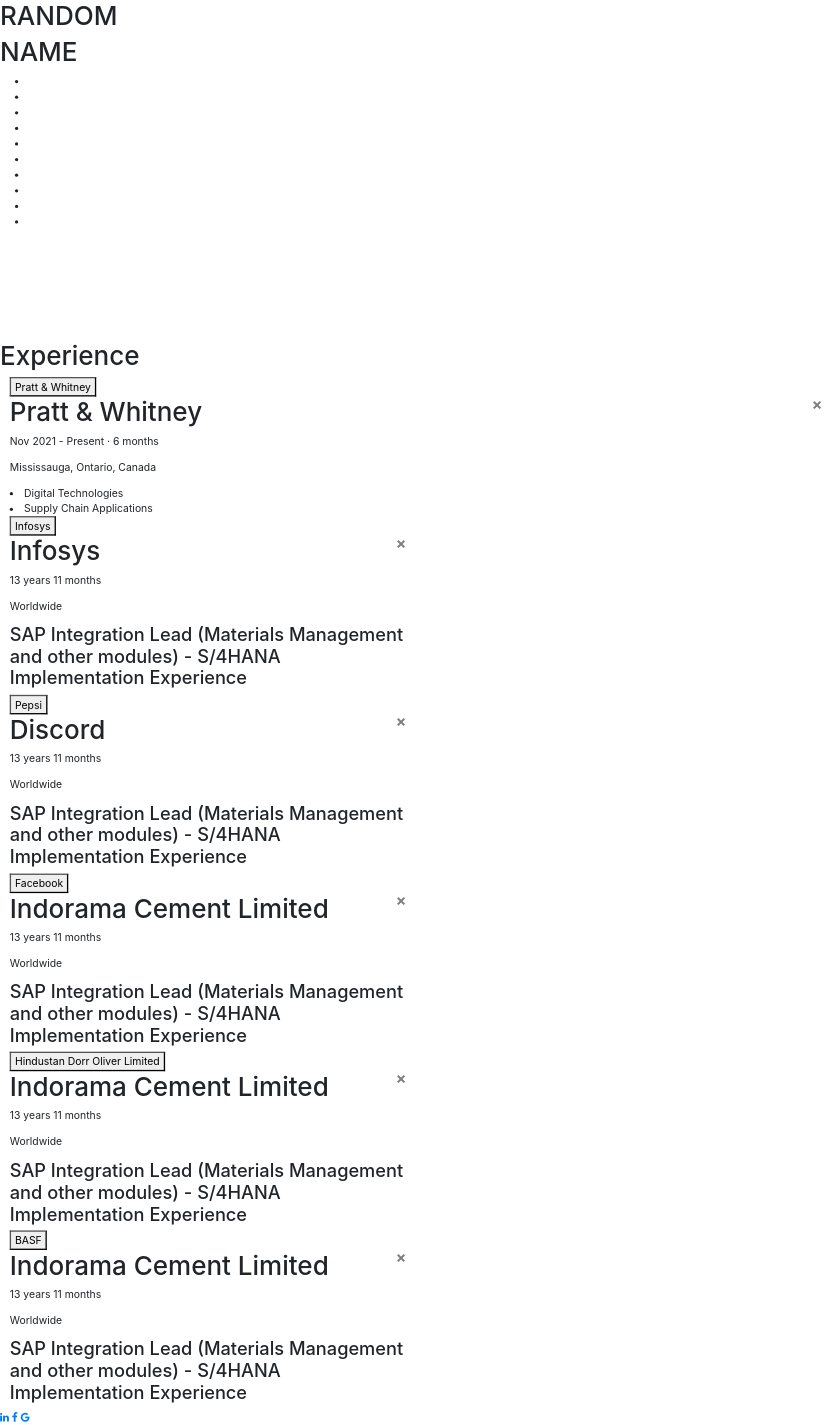
Repository: Aryaholmukhe/3d_portfolio
Page: src/index.html
These files come from the project's save history. The page is drawn as it stood at one moment and after the next save; the edit follows.
The browser window is 1280 px wide. The pictures show the whole page, at 65% of full size.
Some web fonts or font styles are not loaded; a fallback is used.

Above is the page before, as saved 2022-05-26 23:28:27.

### src/index.html
<!DOCTYPE html>
<html lang="en">

<head>
    <meta charset="UTF-8">
    <meta name="viewport" content="width=device-width, initial-scale=1.0">
    <link rel="preconnect" href="https://fonts.googleapis.com">
    <link rel="preconnect" href="https://fonts.gstatic.com" crossorigin>
    <link href="https://fonts.googleapis.com/css2?family=Bubblegum+Sans&family=Ranchers&display=swap" rel="stylesheet">
    <link rel="preconnect" href="https://fonts.googleapis.com">
    <link rel="preconnect" href="https://fonts.gstatic.com" crossorigin>
    <link rel="preconnect" href="https://fonts.googleapis.com">
    <link rel="preconnect" href="https://fonts.gstatic.com" crossorigin>
    <script src="https://cdn.jsdelivr.net/npm/bootstrap@5.1.3/dist/js/bootstrap.bundle.min.js"
        integrity="sha384-ka7Sk0Gln4gmtz2MlQnikT1wXgYsOg+OMhuP+IlRH9sENBO0LRn5q+8nbTov4+1p"
        crossorigin="anonymous"></script>
    <link href="https://fonts.googleapis.com/css2?family=Exo+2:ital,wght@0,800;1,300&family=Lilita+One&display=swap"
        rel="stylesheet">
    <link rel="stylesheet" href="https://cdn.jsdelivr.net/npm/bootstrap@4.4.1/dist/css/bootstrap.min.css">
    <link rel="stylesheet" href="https://cdnjs.cloudflare.com/ajax/libs/font-awesome/4.7.0/css/font-awesome.min.css">
    <title>ThreeJS Starter</title>
</head>

<body>
    <div class="heading">
        <div id="name">
            <h1 class="bold">RANDOM </h1>
            <h1 class="bold">NAME</h1>
        </div>
        <div class="area">
            <ul class="circles">
                <li></li>
                <li></li>
                <li></li>
                <li></li>
                <li></li>
                <li></li>
                <li></li>
                <li></li>
                <li></li>
                <li></li>
            </ul>
        </div>
        <canvas class="webgl"></canvas>
    </div>
    <div class="ball">
        <!-- <canvas class="ballgl"></canvas> -->
    </div>
    <div class="content">
        <div class="experience">
            <h1 class="bold title-head">Experience</h1>
            <div class="flex">
                <div class="pwc col">
                    <button class="company-btn bold">
                        <!-- <img src="https://cdn.freebiesupply.com/logos/large/2x/pratt-whitney-dependable-engines-logo-png-transparent.png" alt="">  -->
                        Pratt & Whitney
                    </button>

                    <!-- The Modal -->
                    <div class="company-model">

                        <!-- Modal content -->
                        <div class="company-info">
                            <span class="close">&times;</span>
                            <h1 class="bold">Pratt & Whitney </h1>
                            <p>Nov 2021 - Present &#183 6 months</p>
                            <p>Mississauga, Ontario, Canada</p>
                            <li>Digital Technologies</li>
                            <li>Supply Chain Applications</li>
                        </div>

                    </div>
                </div>

                <div class="infosys col-6">
                    <button class="company-btn bold">Infosys</button>

                    <!-- The Modal -->
                    <div class="company-model">

                        <!-- Modal content -->
                        <div class="company-info">
                            <span class="close">&times;</span>
                            <h1 class="bold">Infosys</h1>
                            <p>13 years 11 months</p>
                            <p>Worldwide</p>
                            <h3>SAP Integration Lead (Materials Management and other modules) - S/4HANA Implementation
                                Experience</h3>
                        </div>

                    </div>
                </div>

                <div class="acc col-6">
                    <button class="company-btn bold">Pepsi</button>

                    <!-- The Modal -->
                    <div class="company-model">

                        <!-- Modal content -->
                        <div class="company-info">
                            <span class="close">&times;</span>
                            <h1 class="bold">Discord</h1>
                            <p>13 years 11 months</p>
                            <p>Worldwide</p>
                            <h3>SAP Integration Lead (Materials Management and other modules) - S/4HANA Implementation
                                Experience</h3>
                        </div>

                    </div>
                </div>

                <div class="indorama col-6">
                    <button class="company-btn bold">Facebook</button>

                    <!-- The Modal -->
                    <div class="company-model">

                        <!-- Modal content -->
                        <div class="company-info">
                            <span class="close">&times;</span>
                            <h1 class="bold">Indorama Cement Limited</h1>
                            <p>13 years 11 months</p>
                            <p>Worldwide</p>
                            <h3>SAP Integration Lead (Materials Management and other modules) - S/4HANA Implementation
                                Experience</h3>
                        </div>

                    </div>
                </div>
                <div class="hdo col-6">
                    <button class="company-btn bold">Hindustan Dorr Oliver Limited</button>

                    <!-- The Modal -->
                    <div class="company-model">

                        <!-- Modal content -->
                        <div class="company-info">
                            <span class="close">&times;</span>
                            <h1 class="bold">Indorama Cement Limited</h1>
                            <p>13 years 11 months</p>
                            <p>Worldwide</p>
                            <h3>SAP Integration Lead (Materials Management and other modules) - S/4HANA Implementation
                                Experience</h3>
                        </div>

                    </div>
                </div>

                <div class="basf col-6">
                    <button class="company-btn bold">BASF</button>

                    <!-- The Modal -->
                    <div class="company-model">

                        <!-- Modal content -->
                        <div class="company-info">
                            <span class="close">&times;</span>
                            <h1 class="bold">Indorama Cement Limited</h1>
                            <p>13 years 11 months</p>
                            <p>Worldwide</p>
                            <h3>SAP Integration Lead (Materials Management and other modules) - S/4HANA Implementation
                                Experience</h3>
                        </div>

                    </div>
                </div>

            </div>
        </div>
    </div>
    <div class="footer">
        <a href="#" class="fa fa-linkedin"></a>
        <a href="#" class="fa fa-facebook"></a>
        <a href="#" class="fa fa-google"></a>
    </div>
    <script src="popup.js"></script>

</body>

</html>

### src/popup.js
var modal = document.getElementsByClassName("company-model");

// Get the button that opens the modal
var btn = document.getElementsByClassName("company-btn");

// Get the <span> element that closes the modal
var span = document.getElementsByClassName("close");


// 1
// When the user clicks the button, open the modal
btn[0].onclick = function() {
  modal[0].style.display = "block";
}

// When the user clicks on <span> (x), close the modal
span[0].onclick = function() {
  modal[0].style.display = "none";
}

// When the user clicks anywhere outside of the modal, close it
window.onclick = function(event) {
  if (event.target == modal[0]) {
    modal[0].style.display = "none";
  }
}

// 2
btn[1].onclick = function() {
    modal[1].style.display = "block";
  }

  // When the user clicks on <span> (x), close the modal
  span[1].onclick = function() {
    modal[1].style.display = "none";
  }

  // When the user clicks anywhere outside of the modal, close it
  window.onclick = function(event) {
    if (event.target == modal[1]) {
      modal[1].style.display = "none";
    }
  }

//   3
btn[0].onclick = function() {
    modal[0].style.display = "block";
  }

  // When the user clicks on <span> (x), close the modal
  span[0].onclick = function() {
    modal[0].style.display = "none";
  }

  // When the user clicks anywhere outside of the modal, close it
  window.onclick = function(event) {
    if (event.target == modal[0]) {
      modal[0].style.display = "none";
    }
  }

After the next save:
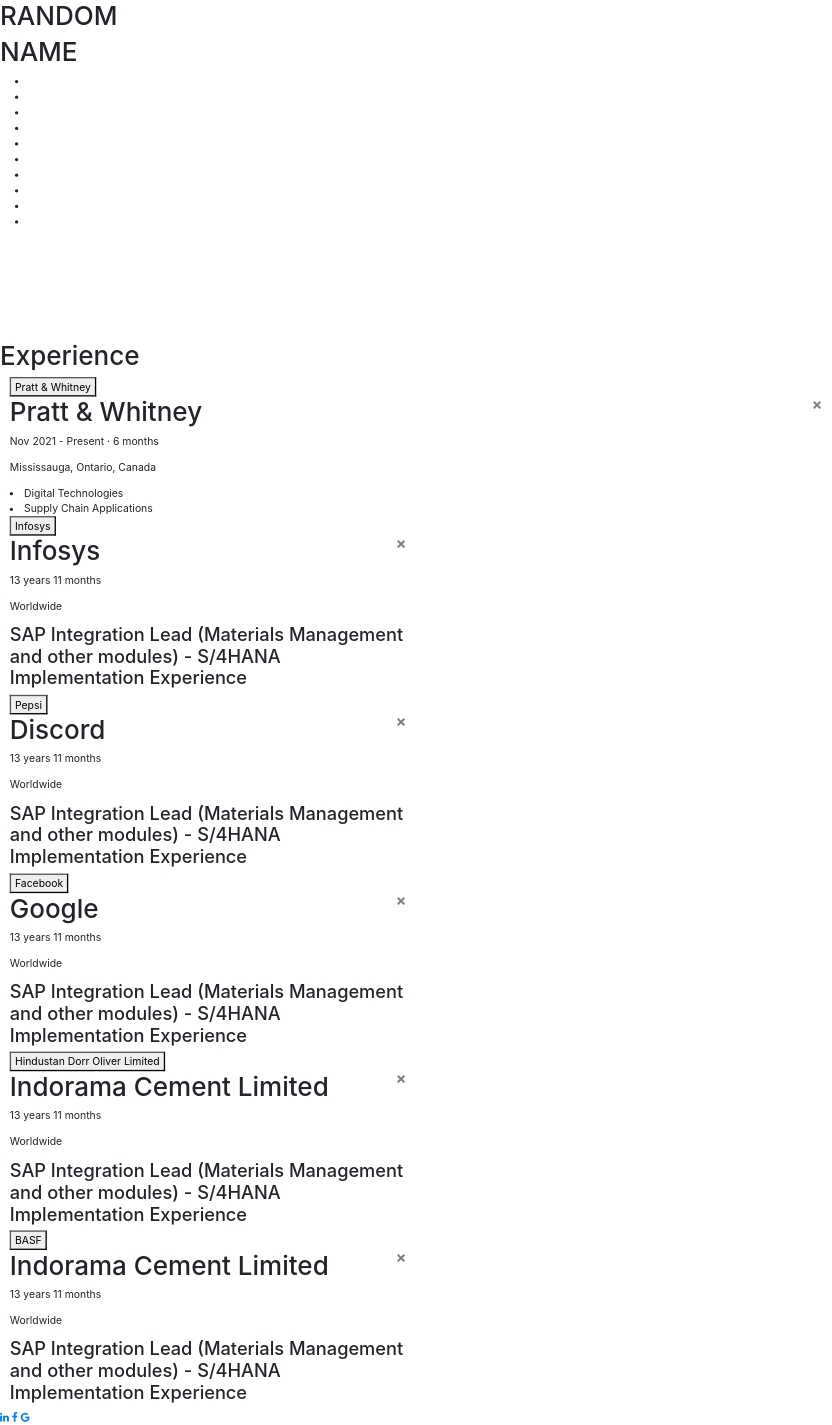
Saved 8 s later.
--- a/src/index.html
+++ b/src/index.html
@@ -119,7 +119,7 @@
                         <!-- Modal content -->
                         <div class="company-info">
                             <span class="close">&times;</span>
-                            <h1 class="bold">Indorama Cement Limited</h1>
+                            <h1 class="bold">Google</h1>
                             <p>13 years 11 months</p>
                             <p>Worldwide</p>
                             <h3>SAP Integration Lead (Materials Management and other modules) - S/4HANA Implementation
